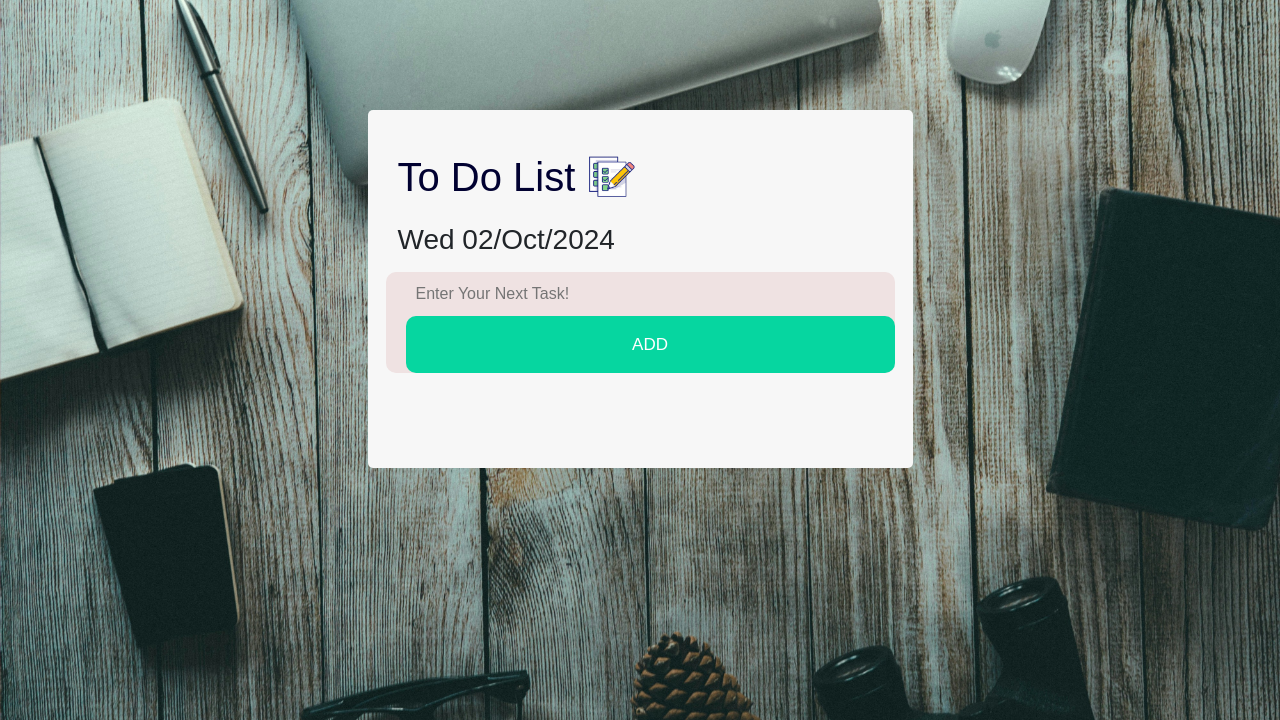
Repository: zeinawady/To_Do_List
Page: index.html
An editor plug-in stored every save of this project. The page is shown before and after the next save, followed by the edit.
The browser window is 1280 px wide. The pictures show the whole page.

Above is the page before, as saved 2024-10-02 02:20:19.

### index.html
<!DOCTYPE html>
<html lang="en">

<head>
    <meta charset="UTF-8">
    <meta name="viewport" content="width=device-width, initial-scale=1.0">
    <title>To Do list</title>
    <link href="https://cdn.jsdelivr.net/npm/bootstrap@5.3.3/dist/css/bootstrap.min.css" rel="stylesheet" integrity="sha384-QWTKZyjpPEjISv5WaRU9OFeRpok6YctnYmDr5pNlyT2bRjXh0JMhjY6hW+ALEwIH" crossorigin="anonymous">
    <link rel="stylesheet" href="css/style.css">
</head>

<body>

    <div class="container">
        <div class="todo-app">
            <h1>To Do List <img src="images/todolistpng.png" alt="to-do-list" class="logo"></h1>
           <h3 id="date"></h3>
            <div class="row">
                <input class="input-Text" type="text" id="input-box" placeholder="Enter Your Next Task!">
                <button class="input-btn" onclick="addTask()">ADD</button>
            </div>
            <ul id="list-container">
                <!-- <li class="checked">Task 0</li>
                <li>Task 1</li> -->
            </ul>
        </div>


    </div>
    <script src="https://cdn.jsdelivr.net/npm/bootstrap@5.3.3/dist/js/bootstrap.bundle.min.js" integrity="sha384-YvpcrYf0tY3lHB60NNkmXc5s9fDVZLESaAA55NDzOxhy9GkcIdslK1eN7N6jIeHz" crossorigin="anonymous"></script>
    <script src="script.js"></script>
</body>

</html>

### css/style.css
* {
    margin: 0;
    padding: 0;
    box-sizing: border-box;
    font-family: Arial, Helvetica, sans-serif;
}

:root {
    --font-color: rgb(1, 1, 49);
}

li {
    list-style: none;
}
body{
    background-image: url(../images/background3.jpg);
    background-position: center;
    background-size: cover;
}
.container {
    width: 100%;
    min-height: 100vh;

    padding: 10px;
}

.todo-app {

    max-width: 545px;
    background-color: rgb(247, 247, 247);
    margin: 100px auto;
    padding: 40px 30px 70px;
    border-radius: 5px;
    transition: 0.5s;
}

.todo-app:hover {
    box-shadow: 4px 5px rgb(114, 114, 114);

}

.todo-app h1 {
    color: var(--font-color);
    display: flex;
    align-items: center;
    margin-bottom: 20px;

}
#date{
    margin-bottom: 15px;
}

.logo {
    width: 53px;
    margin-left: 10px;
}

.row {
    display: flex;
    align-items: center;
    justify-content: space-between;
    background-color: #efe2e2;
    border-radius: 10px;
    padding-left: 20px;
    margin-bottom: 25px;
}

.input-Text {
    flex: 1;
    border: none;
    outline: none;
    background-color: transparent;
    padding: 10px;
    font-weight: 14px;
}

.input-btn {
    border: none;
    outline: none;
    padding: 16px 50px;
    background-color: #06d6a0;
    border-radius: 10px;
    color: rgb(255, 255, 255);
    font-size: 17px;
    transition: 0.3s;
}

.input-btn:hover {
    background-color: #05b183;
    cursor: pointer;
}

ul li {
    position: relative;
    font-size: 17px;
    padding: 12px 2px 12px 40px;
    user-select: none;
    cursor: pointer;
}

ul li::before {
    content: '';
    position: absolute;
    height: 28px;
    width: 28px;
    border-radius: 50%;
    background-image: url(../images/unchecked.png);
    background-size: cover;
    background-position: center;
    left: 1px;
    top: 8px;
}

ul li.checked {
    color: #555;
    text-decoration: line-through;

}

ul li.checked::before {
    color: #666;
    background-image: url(../images/checked.png);
}

ul li span {
    position: absolute;
    right: 0;
    top: 5px;
    width: 30px;
    height: 30px;
    font-size: 22px;
    color: #555;
    line-height: 30px;
    text-align: center;
    border-radius: 50%;
    /* border: solid; */
    transition: 0.2s;
}

ul li span:hover {
    background-color: #e8e6e6;
}
ul li button{
    position: absolute;
    right: 35px;
    top: 2px;
    width: 30px;
    height: 30px;
    text-align: center;
    cursor: pointer;
    border: none;
    outline: none;
    background-color: #06d6a0;
    border-radius: 50%;
    color: rgb(255, 255, 255);
    transition: 0.3s;
    font-size: 20px;
}

### script.js
let listContainer = document.getElementById("list-container");
let inputBox = document.getElementById("input-box");
let currentDate= document.getElementById("date");
function addTask() {
    if (inputBox.value === '') {
        alert("No Task Added!");
    }
    else {
        let li = document.createElement("li");
        li.innerHTML = inputBox.value;
        listContainer.appendChild(li);
        let xSign = document.createElement("span");
        xSign.innerHTML = '\u00d7';  // x sign code
        li.appendChild(xSign);

        let editBtn = document.createElement("button");
        editBtn.innerHTML="\u270E";

        li.appendChild(editBtn);
    }
    inputBox.value = "";  //so that input text become empty again
    saveTask();

}

inputBox.addEventListener("keydown", function (e) {
    if (e.key === "Enter") {
        e.preventDefault();
        addTask();
    }
});

listContainer.addEventListener("click", function (e) {
    //e is the event object contains info about event & target element that was clicked.
    if (e.target.tagName === "LI") {
        e.target.classList.toggle("checked");
        saveTask();
    }
    else if (e.target.tagName === "SPAN") {
        e.target.parentElement.remove();
        saveTask();

    }
    else if(e.target.tagName==="BUTTON"){
        let li=e.target.parentElement;
        let currentTask=li.firstChild.textContent;
        let newTask=prompt("Edit Your Task: " , currentTask);
        li.firstChild.textContent=newTask;
    }
})

function saveTask() {
    localStorage.setItem("Task", listContainer.innerHTML);
}
function showTask() {
    listContainer.innerHTML = localStorage.getItem("Task");
}
showTask();

function displayDate(){
    let date=new Date();
    date=date.toString().split(" ");
    currentDate.innerHTML=date[0]+" "+ date[2]+'/'+ date[1] +'/'+ date[3];
    console.log();
}
window.onload=displayDate();

After the next save:
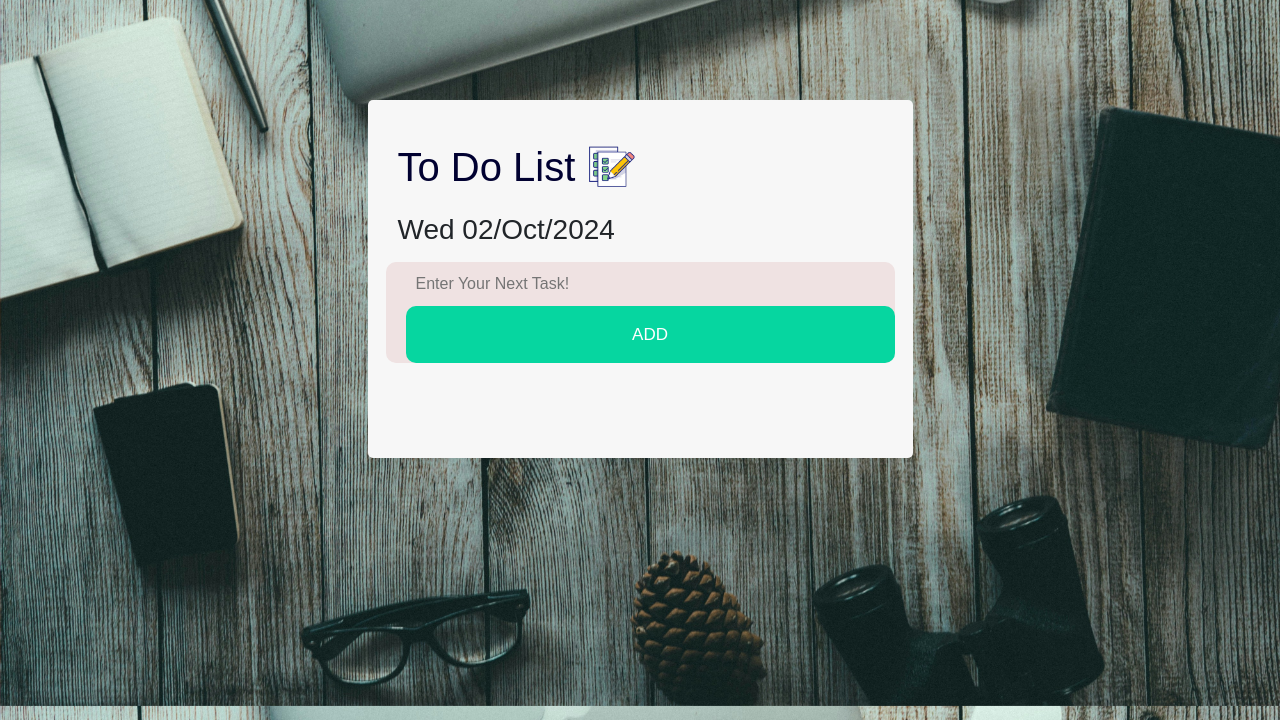
Saved 4 s later.
--- a/css/style.css
+++ b/css/style.css
@@ -17,12 +17,7 @@ body{
     background-position: center;
     background-size: cover;
 }
-.container {
-    width: 100%;
-    min-height: 100vh;
 
-    padding: 10px;
-}
 
 .todo-app {
 
